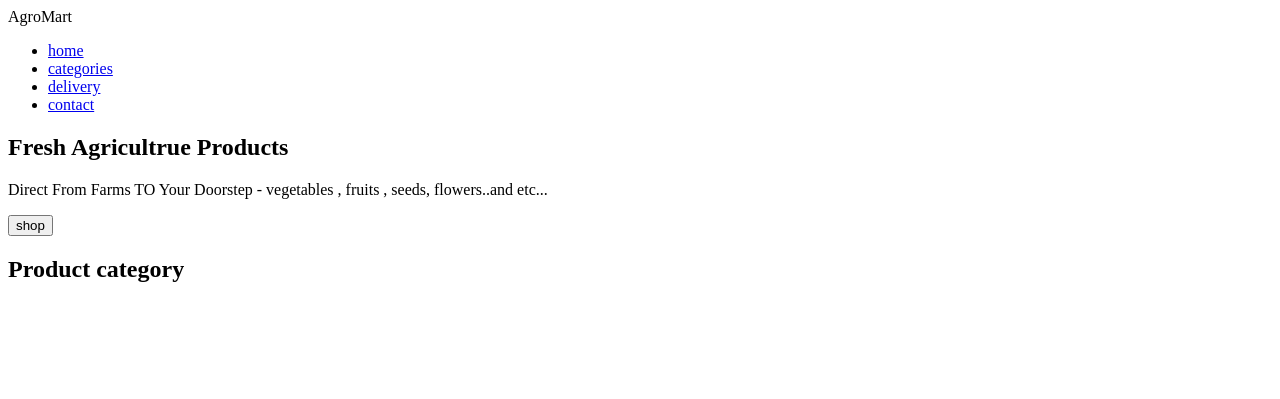
Repository: wingming07/Agro_mart
Page: index.html
An editor plug-in stored every save of this project. The page is shown before and after a run of saves, followed by the edit.
The browser window is 1280 px wide. The pictures show the whole page.

Above is the page before, as saved 2025-06-09 14:35:13.

### index.html
<!DOCTYPE html>
<html lang="en">
<head>
    <meta charset="UTF-8">
    <meta name="viewport" content="width=device-width, initial-scale=1.0">
    <title>AgroMart- fresh from garden</title>
</head>
<body>
    <header>
        <nav class="navbar">
            <div class="logo">AgroMart</div>
                <ul class="nav-links">
                    <li><a href="#home">home</a></li>
                        <li><a href="#categories">categories</a></li>
                            <li><a href="#delivery">delivery</a></li>
                                <li><a href="#contact">contact</a></li>
                </ul>
        </nav>
    </header>
    <section id="home" class="hero">
        <div class="hero-content">
            <h1>Fresh Agricultrue Products</h1>
            <p>Direct From Farms TO Your Doorstep - vegetables , fruits , seeds, flowers..and etc...</p>
            <button type="button" onclick="scrollToSection('categories')">shop</button>
            </div>
        </section>
        <section id="categories" class="categories">
            <h2>Product category</h2>
            <div class="category-container">
                <div class="category-card">
                    <img src="" alt=""/>

                </div>
            </div>
    </body>
</html>

After the next 2 saves:
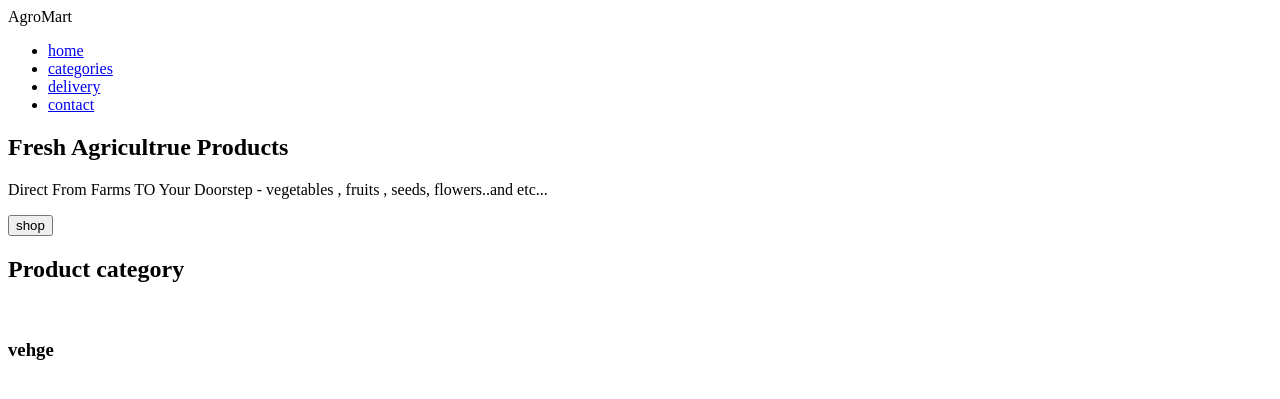
The 2 saves are shown as one change because they came seconds apart.
The last was saved 22 s later.
--- a/index.html
+++ b/index.html
@@ -29,7 +29,7 @@
             <div class="category-container">
                 <div class="category-card">
                     <img src="" alt=""/>
-
+                    <h3>vehge
                 </div>
             </div>
     </body>
